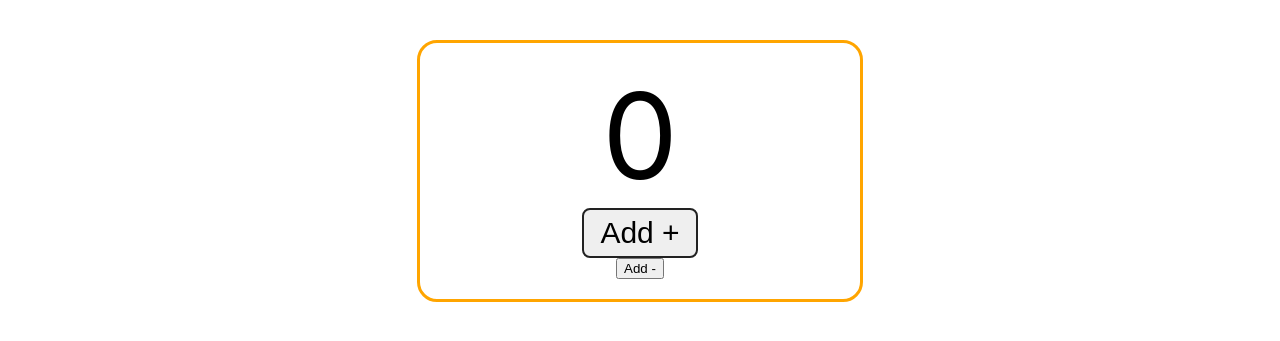
Repository: dnjfht/css-example
Page: /
An editor plug-in stored every save of this project. The page is shown before and after the next save, followed by the edit.
The browser window is 1280 px wide. The pictures show the whole page.
The project was rebuilt for these pictures with package versions that can differ from the ones it lists, and the page was loaded fresh each time.

Above is the page before, as saved 2023-05-09 18:48:08.

### src/App.js
import React, { useState } from "react";
import Counter from "./components/Counter";

export default function App() {
  const [count, setCount] = useState(0);
  return (
    <div>
      <Counter count={count} setCount={setCount} />
    </div>
  );
}

### src/components/Counter.jsx
import React from "react";

export default function Counter({ count, setCount }) {
  const handleClickCountUp = () => {
    setCount(count + 1);
  };

  const handleClickCountDown = () => {
    if (count > 0) setCount(count - 1);
  };

  return (
    <div
      style={{
        width: 400,
        padding: 20,
        margin: "40px auto",
        border: "3px solid orange",
        borderRadius: 20,
        display: "flex",
        flexDirection: "column",
        alignItems: "center",
      }}
    >
      <span style={{ fontSize: 120 }}>{count}</span>
      <button
        style={{
          padding: "6px 16px",

          border: "2px solid #222",
          borderRadius: 8,
          fontSize: 30,
        }}
        onClick={handleClickCountUp}
      >
        Add +
      </button>
      <button onClick={handleClickCountDown}>Add -</button>
    </div>
  );
}

Loaded but not shown: public/index.html (common file); src/index.js (common file); src/index.css (common file); src/reportWebVitals.js (common file)

After the next save:
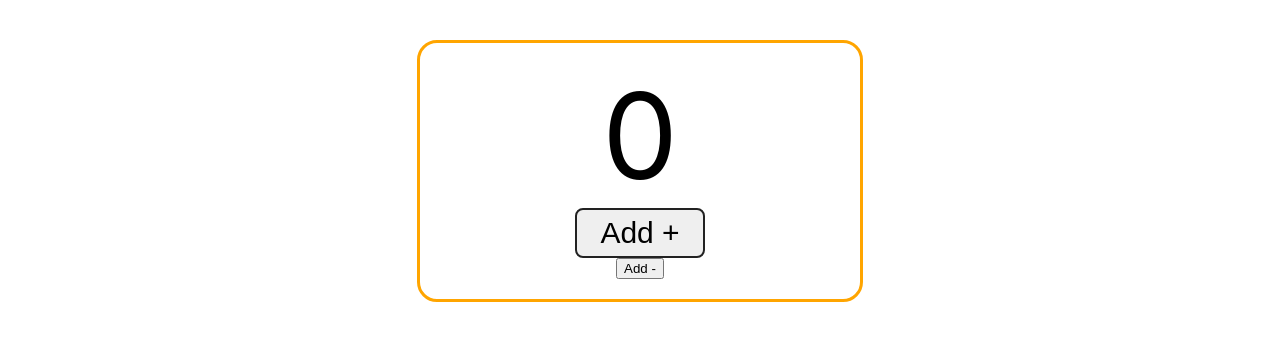
Saved 28 s later.
--- a/src/components/Counter.jsx
+++ b/src/components/Counter.jsx
@@ -25,6 +25,7 @@ export default function Counter({ count, setCount }) {
       <span style={{ fontSize: 120 }}>{count}</span>
       <button
         style={{
+          width: 130,
           padding: "6px 16px",
 
           border: "2px solid #222",
